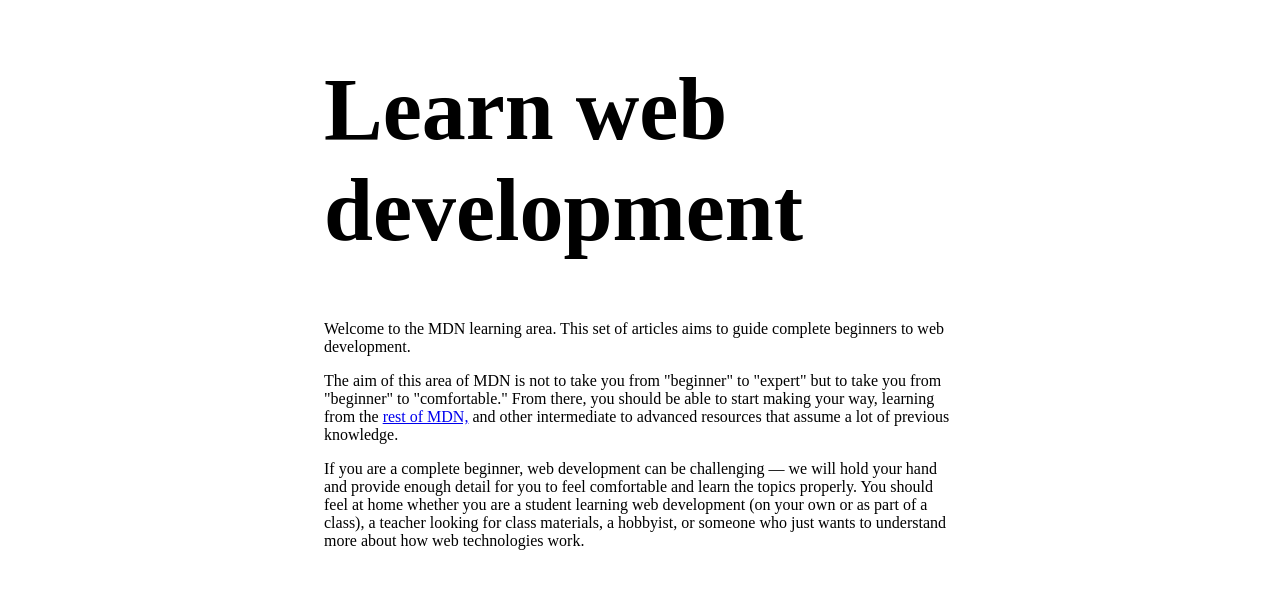
Repository: sriram1224/ReactProjects.github.io
Page: Assignments/Assignment2/index.html
An editor plug-in stored every save of this project. The page is shown before and after the next save, followed by the edit.
The browser window is 1280 px wide. The pictures show the whole page.
Some web libraries are served in a nearby version.

Above is the page before, as saved 2024-03-01 10:56:29.

### Assignments/Assignment2/index.html
<!DOCTYPE html>
<html>
  <head>
    <meta charset="UTF-8" />
    <title>Hello React!</title>
    <script src="https://unpkg.com/react@17/umd/react.development.js"></script>
    <script src="https://unpkg.com/react-dom@17/umd/react-dom.development.js"></script>
    <script src="https://unpkg.com/babel-standalone@6/babel.min.js"></script>
    <style>
        #root {
          margin: 0 auto;
          width: 50%;

        }
        #title {

          font-size: 5.5em;

        }
    </style>
  </head>
  <body>
    <div id="root"></div>
    <script type="text/babel">
      const TopicHeader = () => (
        <div>
          <h1 id='title'>Learn web development</h1>
          <p id='para'>
            Welcome to the MDN learning area. This set of articles aims to guide complete beginners to web development.
          </p>
          <p id='para'>
            The aim of this area of MDN is not to take you from "beginner" to "expert" but to
take you from "beginner" to "comfortable." From there, you should be able to start
making your way, learning from the <a href="www.example.com">rest of MDN,</a> and other intermediate to
advanced resources that assume a lot of previous knowledge.
          </p>
          <p id='para'>
            If you are a complete beginner, web development can be challenging — we will hold
your hand and provide enough detail for you to feel comfortable and learn the topics
properly. You should feel at home whether you are a student learning web
development (on your own or as part of a class), a teacher looking for class
materials, a hobbyist, or someone who just wants to understand more about how
web technologies work.
          </p>
        </div>
      );

      ReactDOM.render(<TopicHeader />, document.getElementById('root'));
    </script>
  </body>
</html>

After the next save:
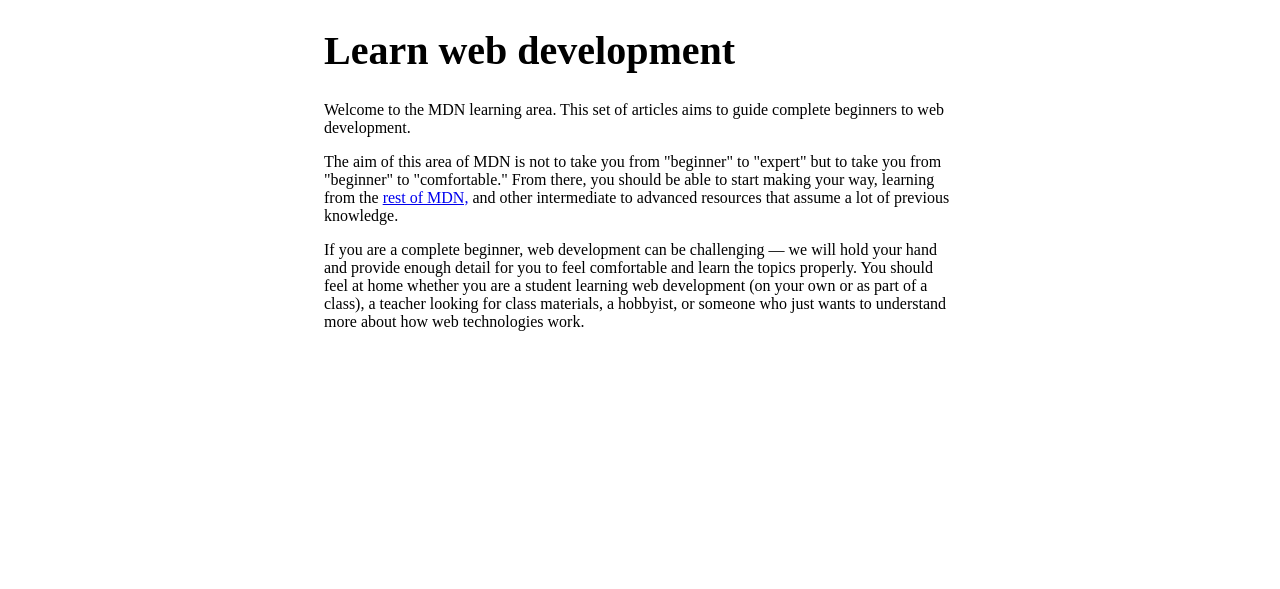
Saved 5 s later.
--- a/Assignments/Assignment2/index.html
+++ b/Assignments/Assignment2/index.html
@@ -14,7 +14,7 @@
         }
         #title {
 
-          font-size: 5.5em;
+          font-size: 2.5em;
 
         }
     </style>
